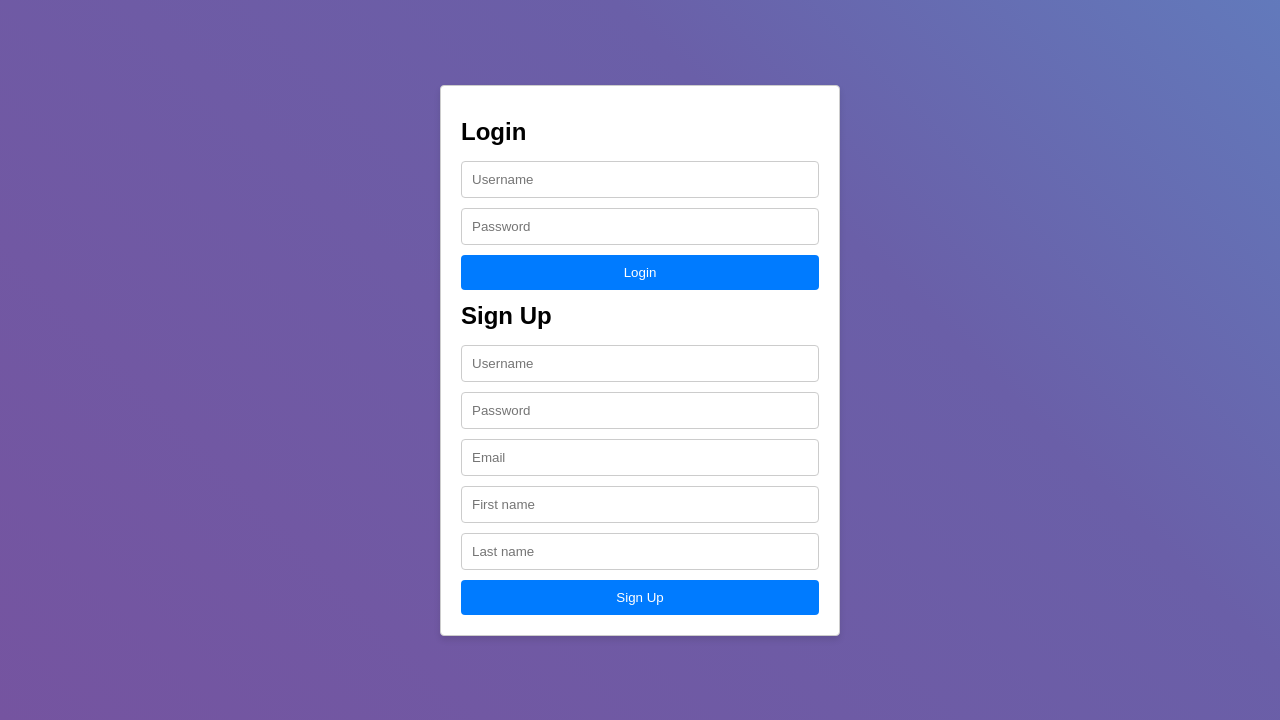
Repository: elqueben/message
Page: / (app in message-app/)
These files come from the project's save history. The page is drawn as it stood at one moment and after a run of saves; the edit follows.
The browser window is 1280 px wide. The pictures show the whole page.
The project was rebuilt for these pictures with package versions that can differ from the ones it lists, and the page was loaded fresh each time. Also part of the build but not shown: message-app/vite.config.js.

Above is the page before, as saved 2023-05-08 15:49:52.

After the next 2 saves:
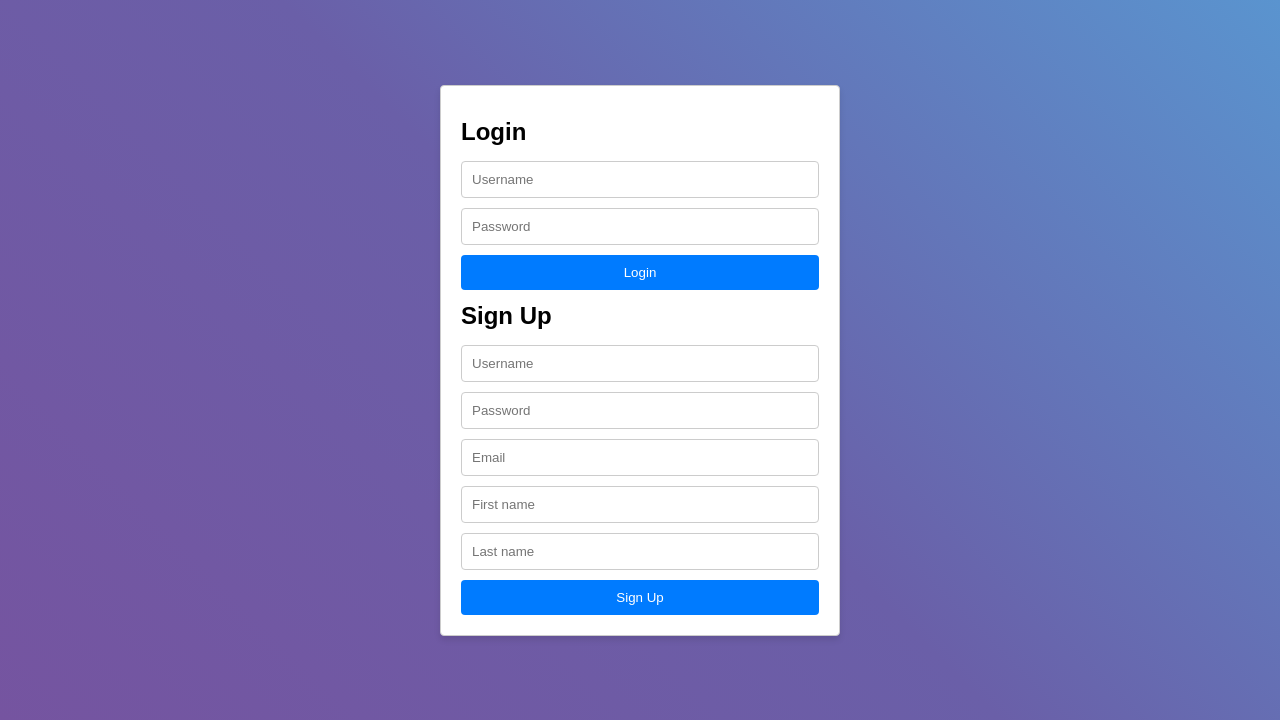
The 2 saves are shown as one change because they came seconds apart.
The last was saved 22 s later.
--- a/message-app/src/style.css
+++ b/message-app/src/style.css
@@ -18,6 +18,7 @@ body {
     rgba(117, 84, 160, 1),
     rgba(106, 95, 168, 1),
     rgba(90, 148, 207, 1),
+    rgba(70, 135, 198, 1),
     rgba(44, 148, 207, 1)
   );
   background-size: 200% 200%;
